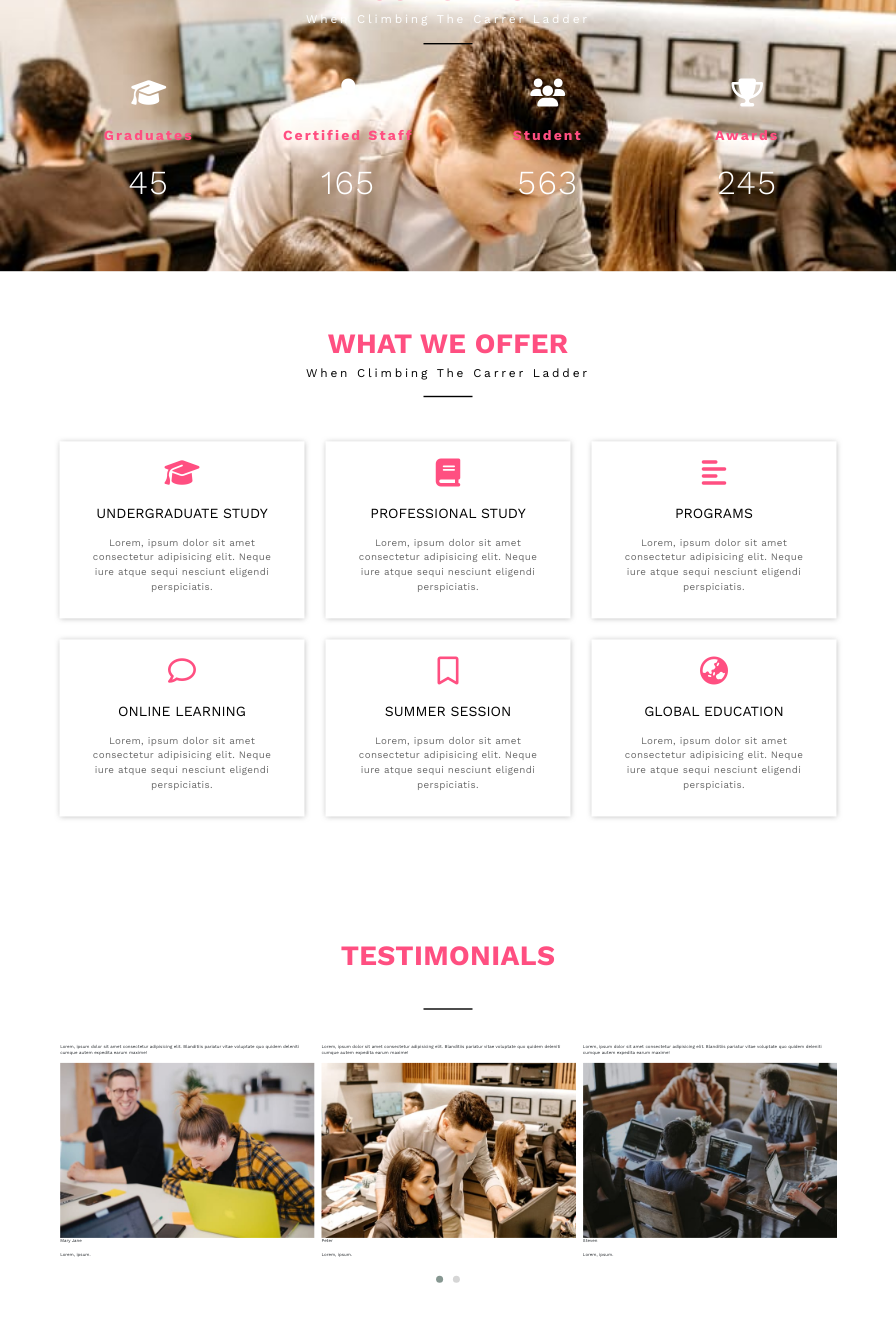
Repository: tudo1611/BC44_BOOTSTRAP_B7_INSTRUCTION_DO-TRUNG-TU
Page: index.html
The author's editor kept a copy of each file at every save. The page is drawn from the files as they stood at one save, then again after the next save.
The browser window is 1280 px wide. The pictures show the part of the page from y = 1919 to 3839 px (the page is 3839 px tall), at 70% of full size.
Backgrounds fixed to the window are drawn as part of the page.

Above is the page before, as saved 2023-01-20 14:23:00.

After the next save:
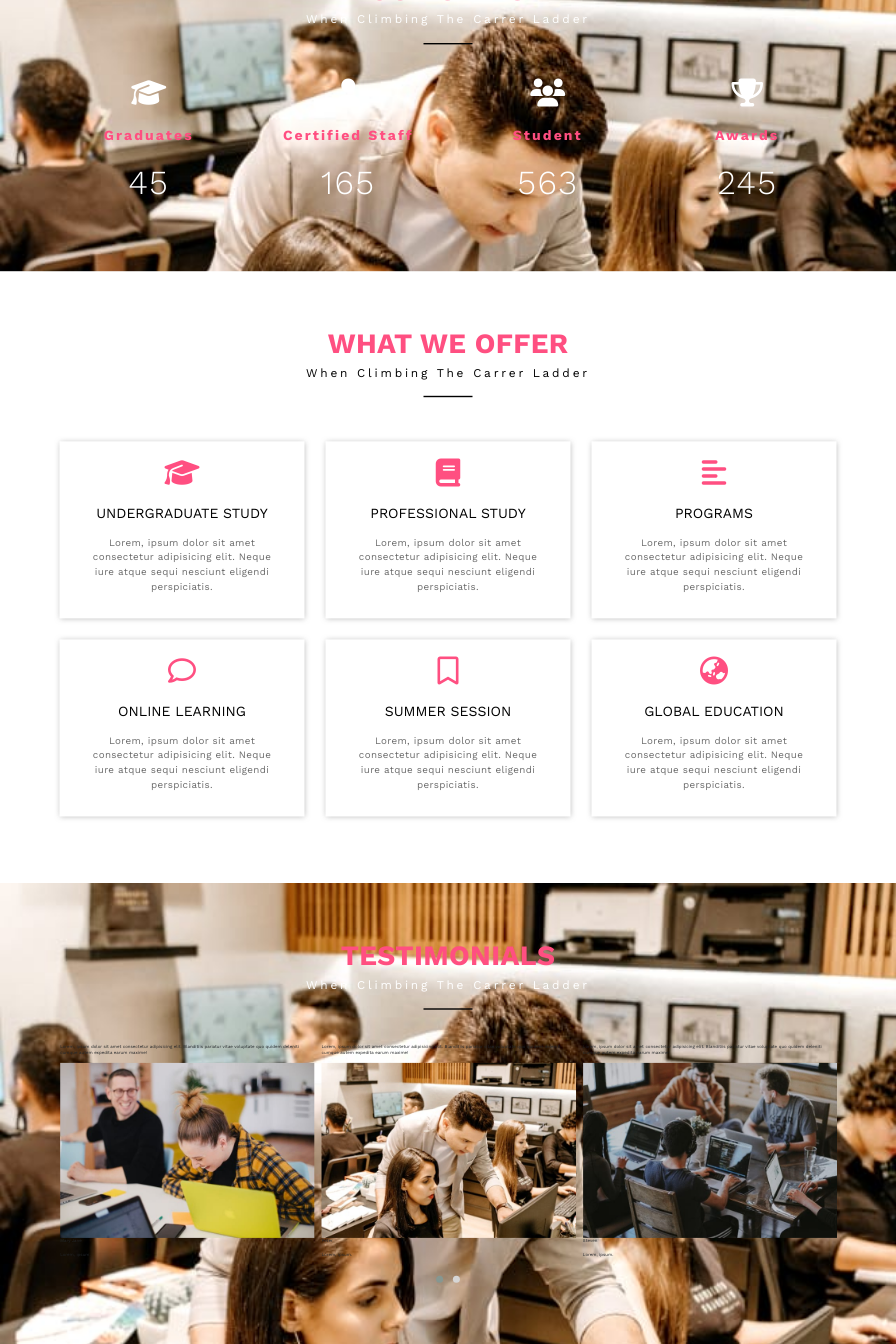
Saved 5 s later.
--- a/css/index.css
+++ b/css/index.css
@@ -249,7 +249,7 @@ html, body{
     color: #6b6b6b;
 }
 /* carousel  */
-.ourStats{
+.feedback{
     background-image: url(../img/g2.jpg);
     background-size: cover;
     background-attachment: fixed;
